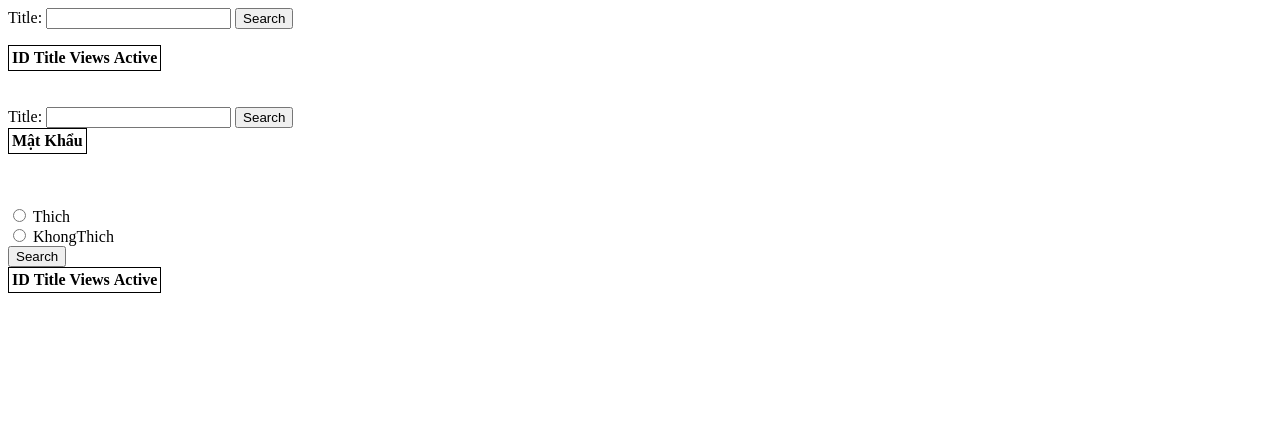
Repository: Hacorbie/Java-Servlet
Page: http://localhost/Lab6_Java4/views/NewFile.jsp
An editor plug-in stored every save of this project. The page is shown before and after the next save, followed by the edit.
The browser window is 1280 px wide. The pictures show the whole page.
The page is served by Tomcat 9. Other server files are loaded and not shown. The template is opened directly, without the code that normally fills it, so the values that code supplies are empty.

Above is the page before, as saved 2023-04-03 09:13:22.

### Lab6_Java4/src/main/webapp/views/NewFile.jsp
<%@ taglib uri="http://java.sun.com/jsp/jstl/core" prefix="c"%>
<%@ page language="java" contentType="text/html; charset=UTF-8"
	pageEncoding="UTF-8"%>
<html>
<meta charset="UTF-8">
<head>
<title>Search Videos</title>
</head>
<body>

	<form action="/Lab6_Java4/Lab6" method="POST">
		<label>Title:</label> <input type="text" name="searchvid">
		<button type="submit" formaction="SearchVid">Search</button>
	</form>
	<table style="border: 1px solid black">
		<thead>
			<tr>
				<th>ID</th>
				<th>Title</th>
				<th>Views</th>
				<th>Active</th>
			</tr>
		</thead>
		<tbody>
			<c:forEach items="${videos}" var="video">
				<tr>
					<td>${video.id}</td>
					<td>${video.title}</td>
					<td>${video.views}</td>
					<td>${video.active}</td>
				</tr>
			</c:forEach>
		</tbody>
	</table>
	<br>
	<br>
	<form action="/Lab6_Java4/Lab6" method="POST">
		<label>Title:</label> <input type="text" name="searchUserByVid">
		<button type="submit" formaction="SearchUser">Search</button>
		<table style="border: 1px solid black">
			<thead>
				<tr>
					<th>Mật Khẩu</th>

				</tr>
			</thead>
			<tbody>
				<c:forEach items="${users}" var="user">
					<tr>
						<td>${user.password}</td>
						<%--                     <td>${video.title}</td> --%>
						<%--                     <td>${video.views}</td> --%>
						<%--                     <td>${video.active}</td> --%>
					</tr>
				</c:forEach>
			</tbody>
		</table>
		<br> <br>
	</form>
	<form action="/Lab6_Java4/Lab6/" method="POST">
		<input type="radio" name ="thichh" value = "yes" >
		<label> Thich</label><br>
		<input type="radio" name ="thichh" value = "no">
		<label> KhongThich</label><br>
			<button type="submit">Search</button>
			<table style="border: 1px solid black">
			<thead>
				<tr>
					<th>ID</th>
					<th>Title</th>
					<th>Views</th>
					<th>Active</th>

				</tr>
			</thead>
			<tbody>
				<c:forEach items="${videobyfs}" var="videobyf">
					<tr>
						<td>${videobyf.id}</td>
					<td>${videobyf.title}</td>
					<td>${videobyf.views}</td>
					<td>${videobyf.active}</td>
					</tr>
				</c:forEach>
			</tbody>
		</table>


	</form>
</body>
</html>

After the next save:
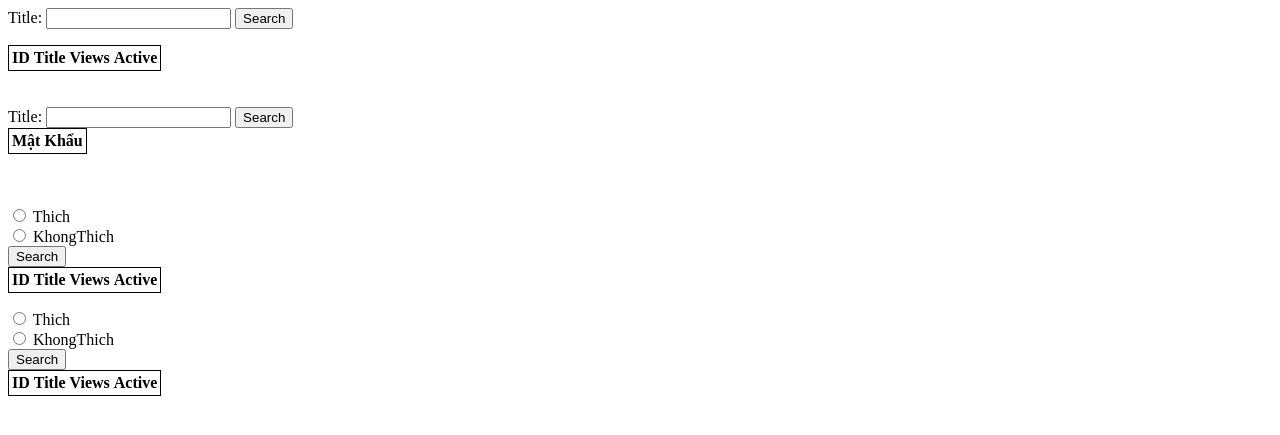
Saved 78 s later.
--- a/Lab6_Java4/src/main/webapp/views/NewFile.jsp
+++ b/Lab6_Java4/src/main/webapp/views/NewFile.jsp
@@ -87,5 +87,35 @@
 
 
 	</form>
+	<form action="/Lab6_Java4/Lab6/" method="POST">
+		<input type="radio" name ="thichh" value = "yes" >
+		<label> Thich</label><br>
+		<input type="radio" name ="thichh" value = "no">
+		<label> KhongThich</label><br>
+			<button type="submit">Search</button>
+			<table style="border: 1px solid black">
+			<thead>
+				<tr>
+					<th>ID</th>
+					<th>Title</th>
+					<th>Views</th>
+					<th>Active</th>
+
+				</tr>
+			</thead>
+			<tbody>
+				<c:forEach items="${videobyfs}" var="videobyf">
+					<tr>
+						<td>${videobyf.id}</td>
+					<td>${videobyf.title}</td>
+					<td>${videobyf.views}</td>
+					<td>${videobyf.active}</td>
+					</tr>
+				</c:forEach>
+			</tbody>
+		</table>
+
+
+	</form>
 </body>
 </html>
